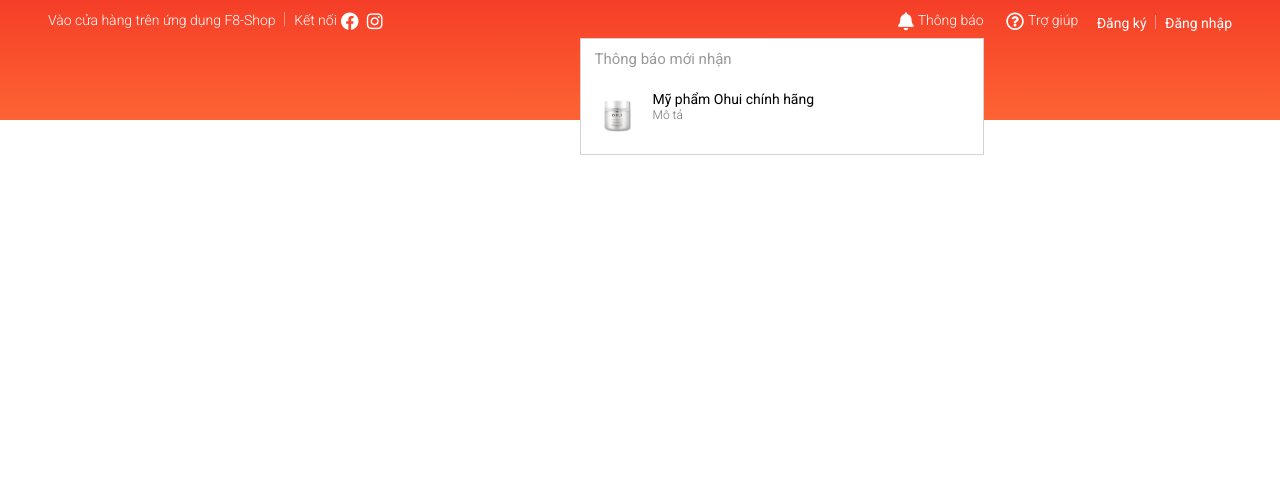
Repository: tvhoangit/tvhoangit.github.io
Page: Shoppe/index.html
The author's editor kept a copy of each file at every save. The page is drawn from the files as they stood at one save, then again after the next save.
The browser window is 1280 px wide. The pictures show the whole page.

Above is the page before, as saved 2021-10-15 18:47:40.

After the next save:
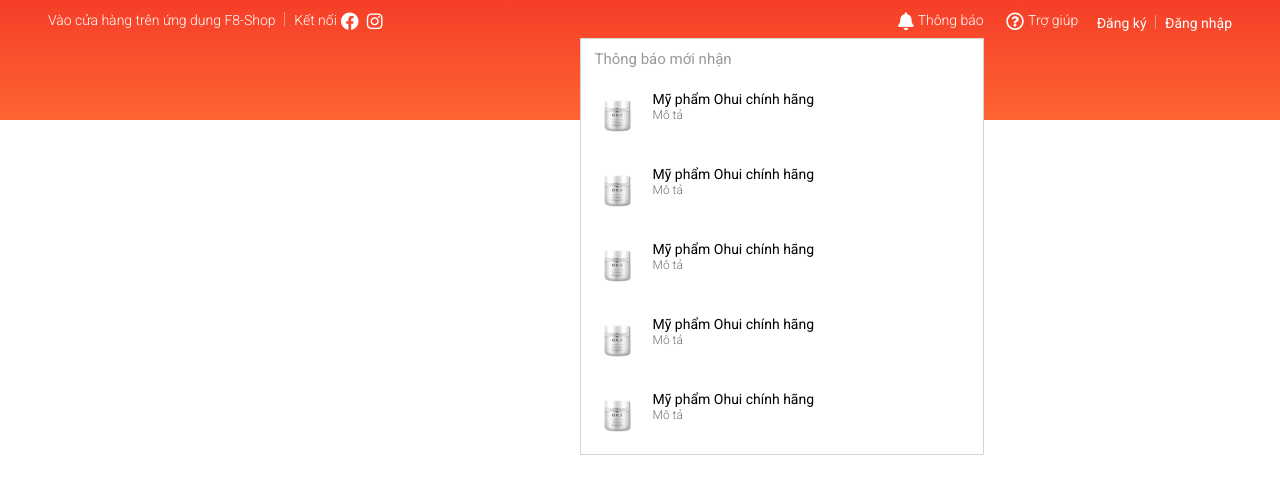
Saved 39 s later.
--- a/Shoppe/index.html
+++ b/Shoppe/index.html
@@ -63,6 +63,50 @@
                                             </div>
                                         </a>
                                     </li>
+                                    <li class="header__notify-item">
+                                        <a href="" class="header__notify-link">
+                                            <span>
+                                                <img src="./assets/img/myphamohui.png" alt="" class="header__notify-img">
+                                            </span>
+                                            <div class="header__notify-info">
+                                                <span class="header__notify-name">Mỹ phẩm Ohui chính hãng</span>
+                                                <span class="header__notify-description">Mô tả</span>
+                                            </div>
+                                        </a>
+                                    </li>
+                                    <li class="header__notify-item">
+                                        <a href="" class="header__notify-link">
+                                            <span>
+                                                <img src="./assets/img/myphamohui.png" alt="" class="header__notify-img">
+                                            </span>
+                                            <div class="header__notify-info">
+                                                <span class="header__notify-name">Mỹ phẩm Ohui chính hãng</span>
+                                                <span class="header__notify-description">Mô tả</span>
+                                            </div>
+                                        </a>
+                                    </li>
+                                    <li class="header__notify-item">
+                                        <a href="" class="header__notify-link">
+                                            <span>
+                                                <img src="./assets/img/myphamohui.png" alt="" class="header__notify-img">
+                                            </span>
+                                            <div class="header__notify-info">
+                                                <span class="header__notify-name">Mỹ phẩm Ohui chính hãng</span>
+                                                <span class="header__notify-description">Mô tả</span>
+                                            </div>
+                                        </a>
+                                    </li>
+                                    <li class="header__notify-item">
+                                        <a href="" class="header__notify-link">
+                                            <span>
+                                                <img src="./assets/img/myphamohui.png" alt="" class="header__notify-img">
+                                            </span>
+                                            <div class="header__notify-info">
+                                                <span class="header__notify-name">Mỹ phẩm Ohui chính hãng</span>
+                                                <span class="header__notify-description">Mô tả</span>
+                                            </div>
+                                        </a>
+                                    </li>
                                 </ul>
                             </div>
                         </li>
